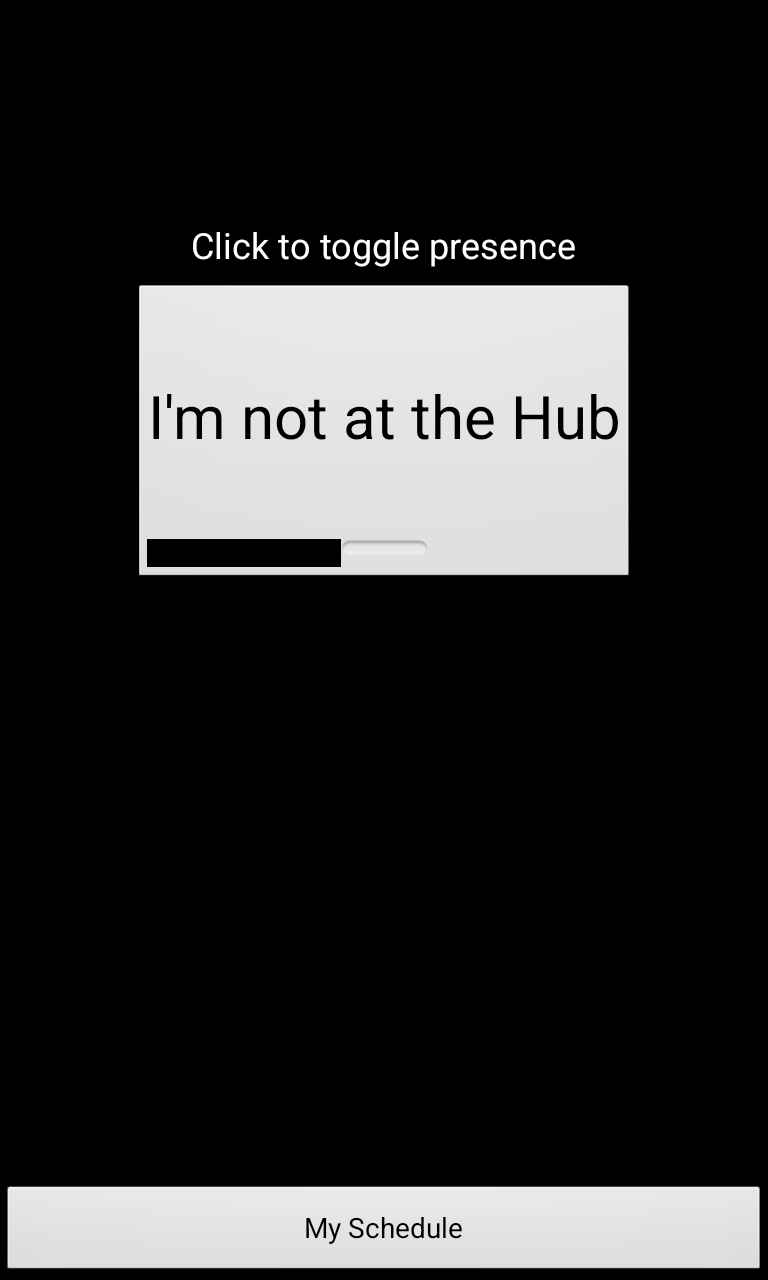
Repository: appsfactory/OfficeHours
Layout: OfficeHoursClient/res/layout/activity_sign__in.xml
The author's editor kept a copy of each file at every save. The layout is drawn from the files as they stood at one save, then again after the next save.
It is drawn on a 768 x 1280 px phone screen (xhdpi) without system bars, with theme AppTheme; the app's code is not run.

Above is the layout before, as saved 2012-09-26 15:00:06.

### OfficeHoursClient/res/layout/activity_sign__in.xml
<RelativeLayout xmlns:android="http://schemas.android.com/apk/res/android"
    xmlns:tools="http://schemas.android.com/tools"
    android:layout_width="match_parent"
    android:layout_height="match_parent" >

    <Button
        android:id="@+id/button1"
        android:layout_width="wrap_content"
        android:layout_height="wrap_content"
        android:layout_alignParentBottom="true"
        android:layout_alignParentLeft="true"
        android:layout_alignParentRight="true"
        android:text= "@string/schedule_button"
        android:onClick="viewSchedule"/>

    <ToggleButton
        android:id="@+id/toggleButton1"
        android:layout_width="250dp"
        android:layout_height="150dp"
        android:layout_alignParentTop="true"
        android:layout_centerHorizontal="true"
        android:layout_marginTop="142dp"
        android:onClick="toggleSignIn"
        android:textOff="I'm not at the Hub"
        android:textOn="I'm at the Hub"
        android:textSize="30sp" />

    <TextView
        android:id="@+id/textView1"
        android:layout_width="wrap_content"
        android:layout_height="wrap_content"
        android:layout_alignParentTop="true"
        android:layout_centerHorizontal="true"
        android:layout_marginTop="110dp"
        android:text="Click to toggle presence"
        android:textAppearance="?android:attr/textAppearanceMedium" />

</RelativeLayout>

### OfficeHoursClient/res/values/styles.xml
<resources>

    <style name="AppTheme" parent="android:Theme.Black.NoTitleBar" />

</resources>

### OfficeHoursClient/res/values/strings.xml
<resources>

    <string name="app_name">Office Hours @ the Hub</string>
    <string name="hello_world">Hello world!</string>
    <string name="menu_settings">Settings</string>
    <string name="title_activity_sign__in">Sign_In</string>
    <string name="schedule_button">My Schedule</string>
    <string name="title_activity_log__in">Log_In</string>
    <string name="login_title">OFFICE HOURS</string>
    <string name="login_subtitle"> \@ the hub</string>
    <string name="login_footer">By the Apps Factory Wizards</string>
    <string name="title_activity_sign_in_checker">SignInChecker</string>

</resources>

After the next save:
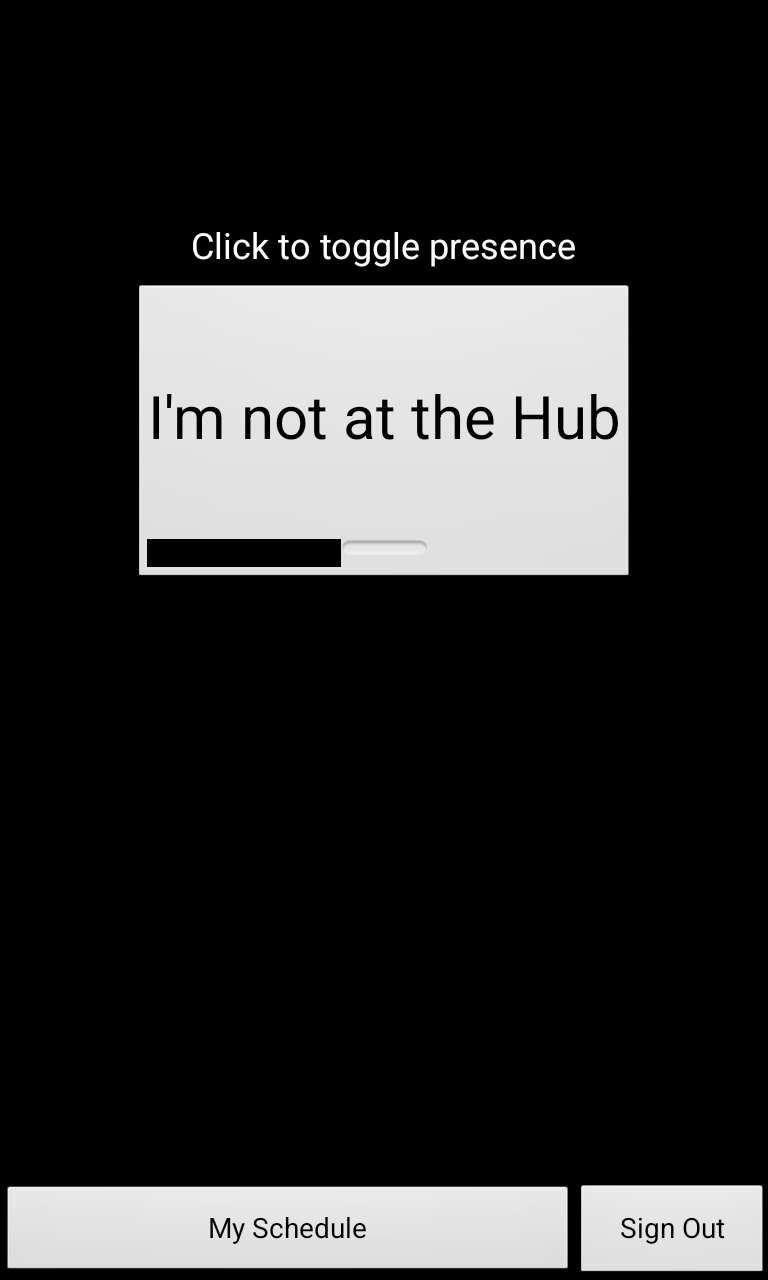
Saved 54 min 49 s later.
--- a/OfficeHoursClient/res/layout/activity_sign__in.xml
+++ b/OfficeHoursClient/res/layout/activity_sign__in.xml
@@ -2,16 +2,6 @@
     xmlns:tools="http://schemas.android.com/tools"
     android:layout_width="match_parent"
     android:layout_height="match_parent" >
-
-    <Button
-        android:id="@+id/button1"
-        android:layout_width="wrap_content"
-        android:layout_height="wrap_content"
-        android:layout_alignParentBottom="true"
-        android:layout_alignParentLeft="true"
-        android:layout_alignParentRight="true"
-        android:text= "@string/schedule_button"
-        android:onClick="viewSchedule"/>
 
     <ToggleButton
         android:id="@+id/toggleButton1"
@@ -21,8 +11,8 @@
         android:layout_centerHorizontal="true"
         android:layout_marginTop="142dp"
         android:onClick="toggleSignIn"
-        android:textOff="I'm not at the Hub"
-        android:textOn="I'm at the Hub"
+        android:textOff="I&apos;m not at the Hub"
+        android:textOn="I&apos;m at the Hub"
         android:textSize="30sp" />
 
     <TextView
@@ -35,4 +25,25 @@
         android:text="Click to toggle presence"
         android:textAppearance="?android:attr/textAppearanceMedium" />
 
+    <Button
+        android:id="@+id/button2"
+        style="?android:attr/buttonStyleSmall"
+        android:layout_width="wrap_content"
+        android:layout_height="wrap_content"
+        android:layout_alignParentBottom="true"
+        android:layout_alignParentRight="true"
+        android:layout_alignTop="@+id/button1"
+        android:layout_toRightOf="@+id/textView1"
+        android:text="Sign Out" />
+
+    <Button
+        android:id="@+id/button1"
+        android:layout_width="wrap_content"
+        android:layout_height="wrap_content"
+        android:layout_alignParentBottom="true"
+        android:layout_alignParentLeft="true"
+        android:layout_toLeftOf="@+id/button2"
+        android:onClick="viewSchedule"
+        android:text="@string/schedule_button" />
+
 </RelativeLayout>
